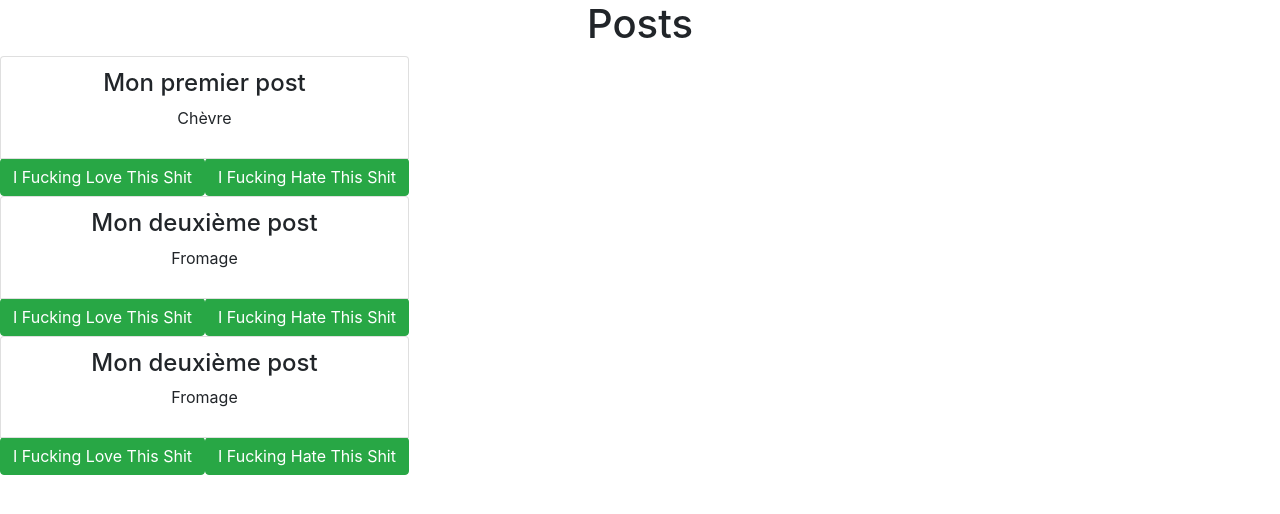
Repository: BillThePony/Ng-Blog-OC
Page: /
The author's editor kept a copy of each file at every save. The page is drawn from the files as they stood at one save, then again after a run of saves.
The browser window is 1280 px wide. The pictures show the whole page.
The project was rebuilt for these pictures with package versions that can differ from the ones it lists, and the page was loaded fresh each time. Also part of the build but not shown: angular.json.

Above is the page before, as saved 2018-10-09 18:11:19.

### src/index.html
<!doctype html>
<html lang="en">
<head>
  <meta charset="utf-8">
  <title>MonBlog</title>
  <base href="/">

  <meta name="viewport" content="width=device-width, initial-scale=1">
  <link rel="icon" type="image/x-icon" href="favicon.ico">
</head>
<body>
  <app-root></app-root>
</body>
</html>

### src/app/app.component.ts
import { Component } from "@angular/core";
import { Post } from "../app/model/post";

@Component({
  selector: "app-root",
  templateUrl: "./app.component.html",
  styleUrls: ["./app.component.css"]
})
export class AppComponent {


  arrayPost :  Post[] = [
    new Post("Mon premier post", "Chèvre"),
    new Post("Mon deuxième post", "Fromage"),
    new Post("Mon deuxième post", "Fromage")
  ];
}

### src/app/post-list/post-list.component.ts
import { Component, OnInit, Input } from "@angular/core";
import { Post } from "../model/post";

@Component({
  selector: "app-post-list",
  templateUrl: "./post-list.component.html",
  styleUrls: ["./post-list.component.css"]
})
export class PostListComponent implements OnInit {
  @Input()
  postTableau: Post[];

  constructor() {}

  ngOnInit() {}
}

### src/app/post-list-item/post-list-item.component.ts
import { Component, OnInit, Input } from "@angular/core";
import { Post } from "../model/post";

@Component({
  selector: "app-post-list-item",
  templateUrl: "./post-list-item.component.html",
  styleUrls: ["./post-list-item.component.css"]
})
export class PostListItemComponent implements OnInit {
  @Input()
  postContenu: Post[];

  loveIts: number = 0;
  Like: boolean;

  constructor() {}

  ngOnInit() {}

  iLoveIt() {
    this.loveIts += 1;
    console.log(this.loveIts);
  }
  iDontLoveIt() {
    this.loveIts -= 1;
  }

  defineColor() {
    if (this.loveIts > 0) {
      this.Like = true;
    }
    if (this.loveIts < 0) {
      this.Like = false;
    }
  }
}

### src/app/app.component.html
<div style="text-align:center">
  <h1>
    Posts
  </h1>
</div>

<app-post-list [postTableau]="arrayPost"></app-post-list>

### src/app/model/post.ts
export class Post {
  title: string;
  content: string;
  loveIts: number;

  constructor(title, content, loveIts?) {
    this.title = title;
    this.content = content;
    this.loveIts = loveIts;
  }
}

### src/app/post-list/post-list.component.html
<div *ngFor="let post of postTableau">
  <app-post-list-item [postContenu]="post"></app-post-list-item>
</div>

### src/app/post-list-item/post-list-item.component.html
<div style="text-align:center">
    <div class="container-fluid">
        <div class="row">
            <div class="col-xs-12">
                <li [ngClass]="{'list-group-item' : true,
                'list-group-item-success' : this.Like === true,
                'list-group-item-danger': this.Like === false}">

                    <h4>{{postContenu.title}}</h4>
                    <p>{{postContenu.content}}</p>
                </li>

                <button class="btn btn-success" (click)=iLoveIt()>I Fucking Love This Shit</button>
                <button class="btn btn-success" (click)=iDontLoveIt()>I Fucking Hate This Shit</button>

            </div>
        </div>
    </div>
</div>

Loaded but not shown: src/styles.css (common file); src/main.ts (common file); src/app/app.module.ts (common file); src/environments/environment.ts (common file); src/app/app.component.css (no stored copy; drawn as an empty file); src/app/post-list-item/post-list-item.component.css (no stored copy; drawn as an empty file); src/app/post-list/post-list.component.css (no stored copy; drawn as an empty file)

After the next 2 saves:
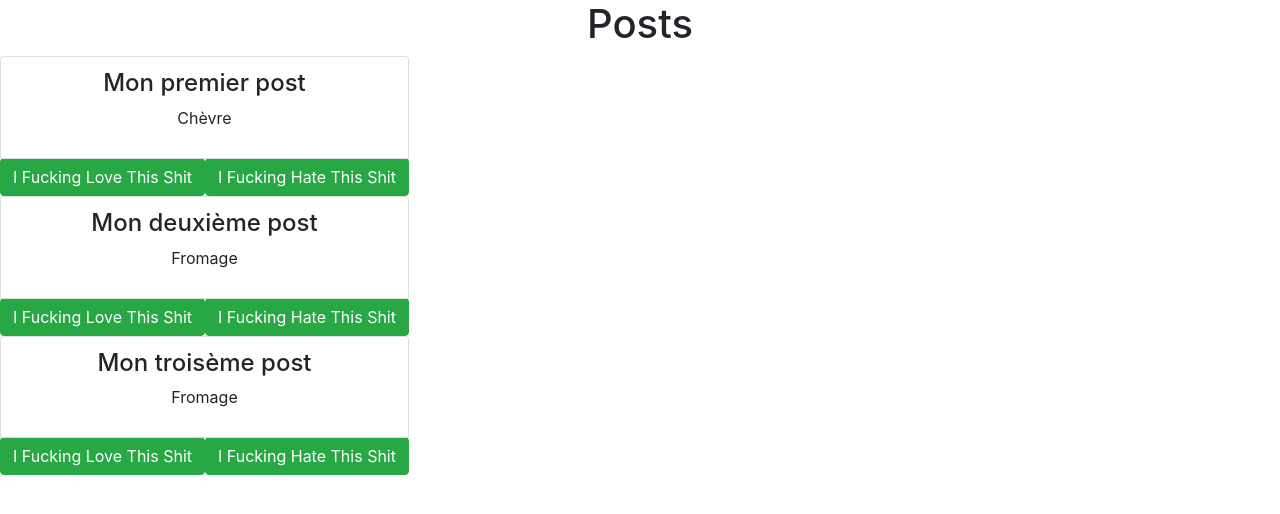
The 2 saves are shown as one change because they came seconds apart.
The last was saved 30 s later.
--- a/src/app/app.component.ts
+++ b/src/app/app.component.ts
@@ -12,6 +12,6 @@ export class AppComponent {
   arrayPost :  Post[] = [
     new Post("Mon premier post", "Chèvre"),
     new Post("Mon deuxième post", "Fromage"),
-    new Post("Mon deuxième post", "Fromage")
+    new Post("Mon troisème post", "Fromage")
   ];
 }
